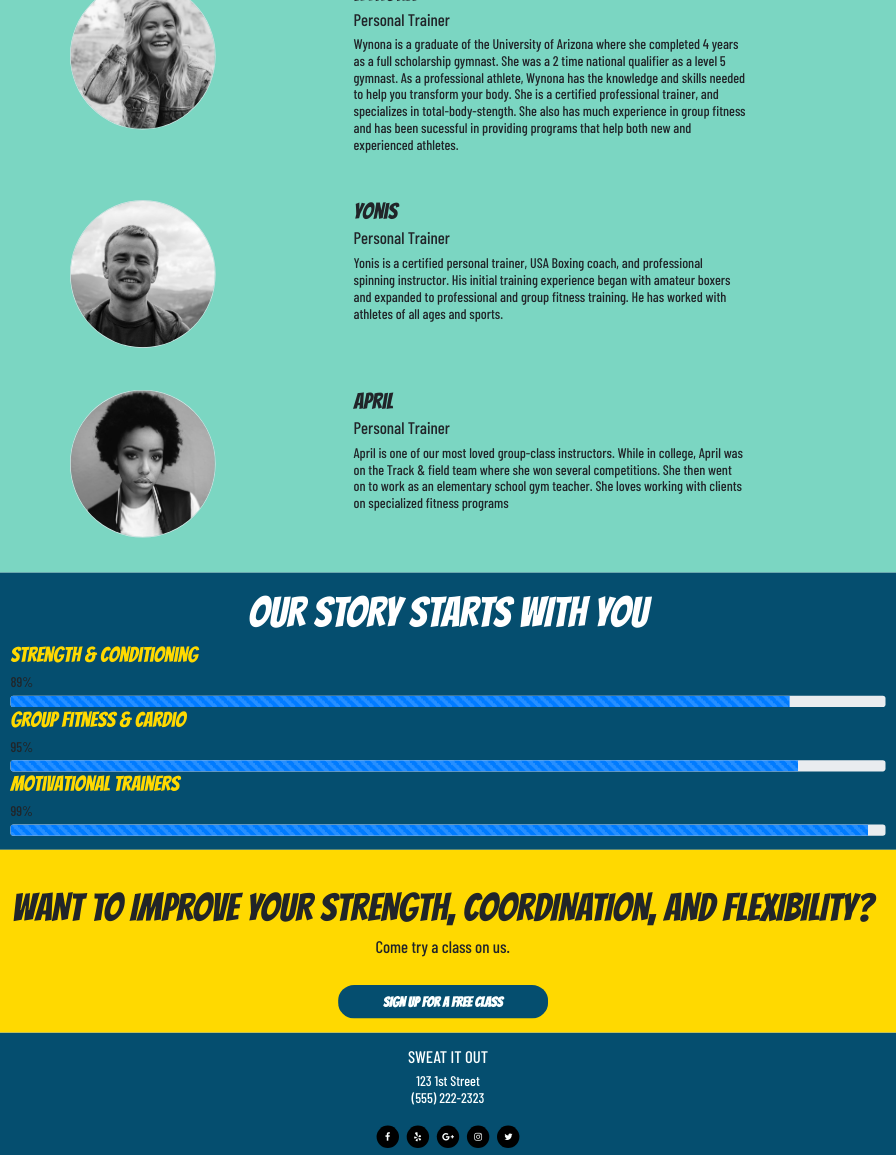
Repository: amybru/sweatitout
Page: about.html
The author's editor kept a record of every edit. The page is drawn from the files as they stood at one moment, then again after the next edit.
The browser window is 1280 px wide. The pictures show the part of the page from y = 1210 to 3130 px (the page is 2876 px tall before and 3130 px after), at 70% of full size.
Some web fonts or font styles are not loaded; a fallback is used. Some web libraries are served in a nearby version.

Above is the page before.

### about.html
<!DOCTYPE html>
<html lang="en">
   <head>
      <meta charset="utf-8">
      <meta name="viewport" content="width=device-width, initial-scale=1.0">
      <link rel="stylesheet" href="https://maxcdn.bootstrapcdn.com/bootstrap/4.2.1/css/bootstrap.min.css" type="text/css" />
      <link rel="stylesheet" href="https://maxcdn.bootstrapcdn.com/font-awesome/4.7.0/css/font-awesome.min.css" type="text/css" />
      <link href="https://fonts.googleapis.com/css?family=Bangers|Barlow+Condensed:200,300,400,500,700&display=swap" rel="stylesheet">
      <link rel="stylesheet" type="text/css" href="css/style.css">
      <title>Gym</title>
   </head>
   <body>

       <!--Navbar-->
      <header>
         <nav class="navbar navbar-expand-lg navbar-dark bg-default fixed-top">
            <a class="navbar-brand" href="index.html">
            <img src="./img/logo.png" width="70" height="70" alt="logo">
            </a>
            <button class="navbar-toggler" type="button" data-toggle="collapse" data-target="#navbarNavDropdown" aria-controls="navbarNavDropdown" aria-expanded="false" aria-label="Toggle navigation">
            <span class="navbar-toggler-icon"></span>
            </button>
            <div class="collapse navbar-collapse" id="navbarNavDropdown">
               <ul class="navbar-nav ml-auto">
                  <li class="nav-item">
                     <a class="nav-link uppercase" href="about.html">Who We Are</a>
                  </li>
                  <li class="nav-item">
                     <a class="nav-link uppercase" href="classes.html">Classes</a>
                  </li>
                  <li class="nav-item dropdown d-none d-lg-block">
                     <a class="nav-link dropdown-toggle uppercase" href="#" id="navbarDropdownMenuLink" role="button" data-toggle="dropdown" aria-haspopup="true" aria-expanded="false">Schedules</a>
                     <div class="dropdown-menu" aria-labelledby="navbarDropdownMenuLink">
                        <a class="dropdown-item uppercase" href="./img/2018schedule.pdf" target="_blank">2018 Schedule</a>
                        <a class="dropdown-item uppercase" href="./img/2019schedule.pdf" target="_blank">2019 Schedule</a>
                        <a class="dropdown-item uppercase" href="./img/2019schedule.pdf" target="_blank">2020 Schedule</a>
                     </div>
                  </li>
                  <li class="nav-item">
                     <a class="nav-link uppercase" href="contact.html">Contact Us</a>
                  </li>
               </ul>
            </div>
         </nav>
      </header>

      <!--Jumbotron Who we are page-->
      <section class="jumbotron" id="about-view">
         <div class="row">
            <div class="col-12">
               <section class="callout">
                  <h2 class="gym-name">Who We Are</h2>
                  <h3>Helping you crush your fitness goals</h3>
               </section>
            </div>
         </div>
      </section>

      <!--A few brief words about us-->
      <section class="about-about-page">
         <div class="col-12 about-about section-column">
            <div class="container">
               <div class="row">
                  <div class="col-12">
                     <h2>We aren't a big box gym, we cater to our members needs. Sweat It Out is a unique fitness center that offers quality training from a variety of experienced coaches in a high energy, supportive atmosphere.</h2>
                     <h3>Our mission is to help you reach your fitness goals and achieve real, life-changing results.</h3>
                  </div>
               </div>
            </div>
         </div>
      </section>

      <!--A few of the trainers and class instructors-->
      <section class="services-page about-gallery" id="gallery">
         <div class="container">
            <div class="row">
               <h2>
                  Most sought after instructors and personal trainers
               </h2>
            </div>
            <div class="row">
               <div class="col-12 col-md-4 flex">
                  <img class="photo border" src="./img/trainerone.jpeg" alt="Gregory">
               </div>
               <div class="col-12 col-md-8 flex">
                  <div class="instructor-details">
                     <h3>Gregory</h3>
                        <h4>Owner and Personal Trainer</h4>
                     <h5>
                        Gregory has over 7 years experience as a Group class instructor and over 16 years experience as a personal trainer. He also dedicates time to educate and mentor Personal Trainers and Performance Coaches. He graduated with a B.S. in Health Education in
                        2000. Being an athlete himself, Gregory has always been drawn to a profession in sports medicine and athletic training. In 2016, Gregory and his team opened Sweat It Out. They now get to follow their passion, and are dedicated
                        to helping all become healthy and fit.
                     </h5>
                  </div>
               </div>
            </div>
            <div class="row">
               <div class="col-12 col-md-4 flex">
                  <img class="photo border" src="./img/trainertwo.jpeg" alt="Wynona">
               </div>
               <div class="col-12 col-md-8 flex">
                  <div class="instructor-details">
                     <h3>Wynona</h3>
                        <h4>Personal Trainer</h4>
                     <h5>Wynona is a graduate of the University of Arizona where she completed 4 years as a full scholarship gymnast. She was a 2 time national qualifier as a level 5 gymnast. As a professional athlete, Wynona has the knowledge and skills
                        needed to help you transform your body. She is a certified professional trainer, and specializes in total-body-stength. She also has much experience in group fitness and has been sucessful in providing programs that help both
                        new and experienced athletes.
                     </h5>
                  </div>
               </div>
            </div>
            <div class="row">
               <div class="col-12 col-md-4 flex">
                  <img class="photo border" src="./img/trainerthree.jpeg" alt="Yonis">
               </div>
               <div class="col-12 col-md-8 flex">
                  <div class="instructor-details">
                     <h3>Yonis</h3>
                        <h4>Personal Trainer</h4>
                     <h5>Yonis is a certified personal trainer, USA Boxing coach, and professional spinning instructor. His initial training experience began with amateur boxers and expanded to professional and group fitness training. He has worked with
                        athletes of all ages and sports.
                     </h5>
                  </div>
               </div>
            </div>
            <div class="row">
               <div class="col-12 col-md-4 flex">
                  <img class="photo border" src="./img/trainerfour.jpeg" alt="April">
               </div>
               <div class="col-12 col-md-8 flex">
                  <div class="instructor-details">
                     <h3>April</h3>
                        <h4>Personal Trainer</h4>
                     <h5>April is one of our most loved group-class instructors. While in college, April was on the Track & field team where she won several competitions. She then went on to work as an elementary school gym teacher. She loves working with
                        clients on specialized fitness programs
                     </h5>
                  </div>
               </div>
            </div>
         </div>
      </section>

      <!--Progress bars section-->
      <section class="you-about-page">
         <div class="col-12 about-skills section-column">
            <div>
               <h3 class="section-heading uppercase">Our story starts with you</h3>
            </div>
            <div>
               <h4>Strength & Conditioning</h4>
               <h5>89%</h5>
               <div class="progress">
                  <div class="progress-bar progress-bar-striped progress-bar-animated" role="progressbar" aria-valuenow="89" aria-valuemin="0" aria-valuemax="100" style="width: 89%"></div>
               </div>
               <h4>Group Fitness & Cardio</h4>
               <h5>95%</h5>
               <div class="progress">
                  <div class="progress-bar progress-bar-striped progress-bar-animated" role="progressbar" aria-valuenow="90" aria-valuemin="0" aria-valuemax="100" style="width: 90%"></div>
               </div>
               <h4>Motivational Trainers</h4>
               <h5>99%</h5>
               <div class="progress">
                  <div class="progress-bar progress-bar-striped progress-bar-animated" role="progressbar" aria-valuenow="99" aria-valuemin="0" aria-valuemax="100" style="width: 98%"></div>
               </div>
            </div>
         </div>
      </section>

      <!--Free trial class-->
      <section class="signup-about-page">
         <div class="col-12 about-signup section-column">
            <div class="row">
               <div class="col">
                  <h3 class="section-heading uppercase">Want to improve your strength, coordination, and flexibility?</h3>
               </div>
            </div>
            <div class="row">
               <div class="col-12">
                  <h4>Come try a class on us.</h4>
                  <a href="contact.html" class="btn btn-lg free-button uppercase">Sign up for a free class</a>
               </div>
            </div>
         </div>
      </section>

       <!--Footer-->
    <footer class="footer container-fluid" id="footer">
        <div>
            <div id="footer-details">
                <h4 class="footer-name uppercase">SWEAT IT OUT</h4>
                <h5 class="block">123 1st Street<br> (555) 222-2323</h5>
            </div>
            <div class="footer-social">
                <ul class="list-inline social-links">
                    <li class="list-inline-item">
                        <a target="_blank" href="https://www.facebook.com/">
                     <i class="fa fa-facebook" aria-hidden="true"></i>
                     <span class="sr-only">Facebook</span>
                     </a>
                    </li>
                    <li class="list-inline-item">
                        <a target="_blank" href="https://www.yelp.com/">
                     <i class="fa fa-yelp" aria-hidden="true"></i>
                     <span class="sr-only">Yelp</span>
                     </a>
                    </li>
                    <li class="list-inline-item">
                        <a target="_blank" href="https://www.google.com/">
                     <i class="fa fa-google-plus" aria-hidden="true"></i>
                     <span class="sr-only">Google+</span>
                     </a>
                    </li>
                    <li class="list-inline-item">
                        <a target="_blank" href="https://www.instagram.com/">
                     <i class="fa fa-instagram" aria-hidden="true"></i>
                     <span class="sr-only">Instagram</span>
                     </a>
                    </li>
                    <li class="list-inline-item">
                        <a target="_blank" href="https://twitter.com/?lang=en">
                     <i class="fa fa-twitter" aria-hidden="true"></i>
                     <span class="sr-only">Twitter</span>
                     </a>
                    </li>
                </ul>
            </div>
        </div>
    </footer>
   </body>
   <script src="https://code.jquery.com/jquery-3.3.1.slim.min.js" integrity="sha384-q8i/X+965DzO0rT7abK41JStQIAqVgRVzpbzo5smXKp4YfRvH+8abtTE1Pi6jizo" crossorigin="anonymous"></script>
   <script src="https://cdnjs.cloudflare.com/ajax/libs/popper.js/1.14.7/umd/popper.min.js" integrity="sha384-UO2eT0CpHqdSJQ6hJty5KVphtPhzWj9WO1clHTMGa3JDZwrnQq4sF86dIHNDz0W1" crossorigin="anonymous"></script>
   <script src="https://stackpath.bootstrapcdn.com/bootstrap/4.3.1/js/bootstrap.min.js" integrity="sha384-JjSmVgyd0p3pXB1rRibZUAYoIIy6OrQ6VrjIEaFf/nJGzIxFDsf4x0xIM+B07jRM" crossorigin="anonymous"></script>
</html>

Loaded but not shown: css/style.css (660 lines, source omitted)

After the next edit:
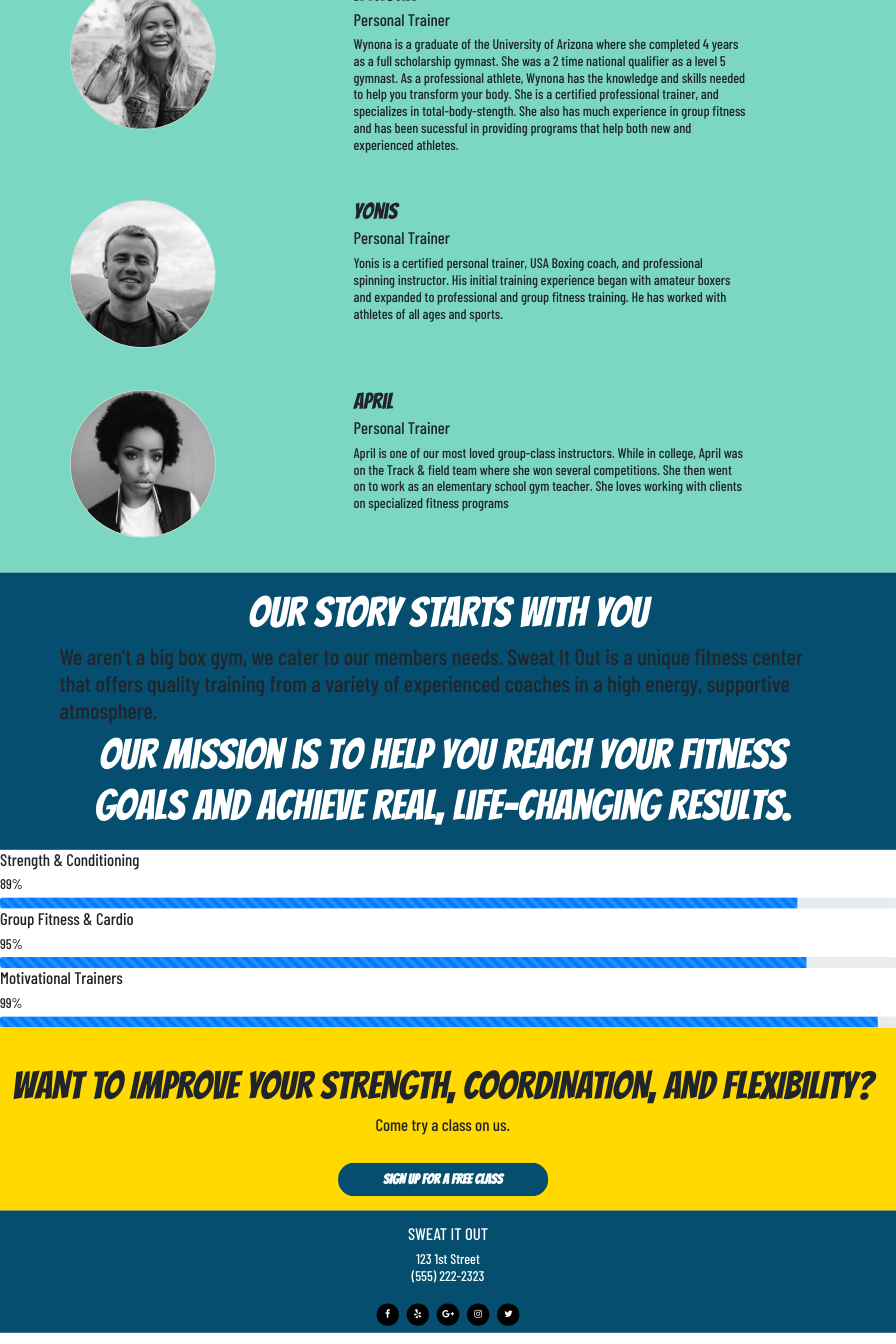
The edit:
--- a/about.html
+++ b/about.html
@@ -146,6 +146,18 @@
             <div>
                <h3 class="section-heading uppercase">Our story starts with you</h3>
             </div>
+            <div class="about-about-page">
+         <div class="col-12 about-about section-column">
+            <div class="container">
+               <div class="row">
+                  <div class="col-12">
+                     <h2>We aren't a big box gym, we cater to our members needs. Sweat It Out is a unique fitness center that offers quality training from a variety of experienced coaches in a high energy, supportive atmosphere.</h2>
+                     <h3>Our mission is to help you reach your fitness goals and achieve real, life-changing results.</h3>
+                  </div>
+               </div>
+            </div>
+         </div>
+      </section>
             <div>
                <h4>Strength & Conditioning</h4>
                <h5>89%</h5>
